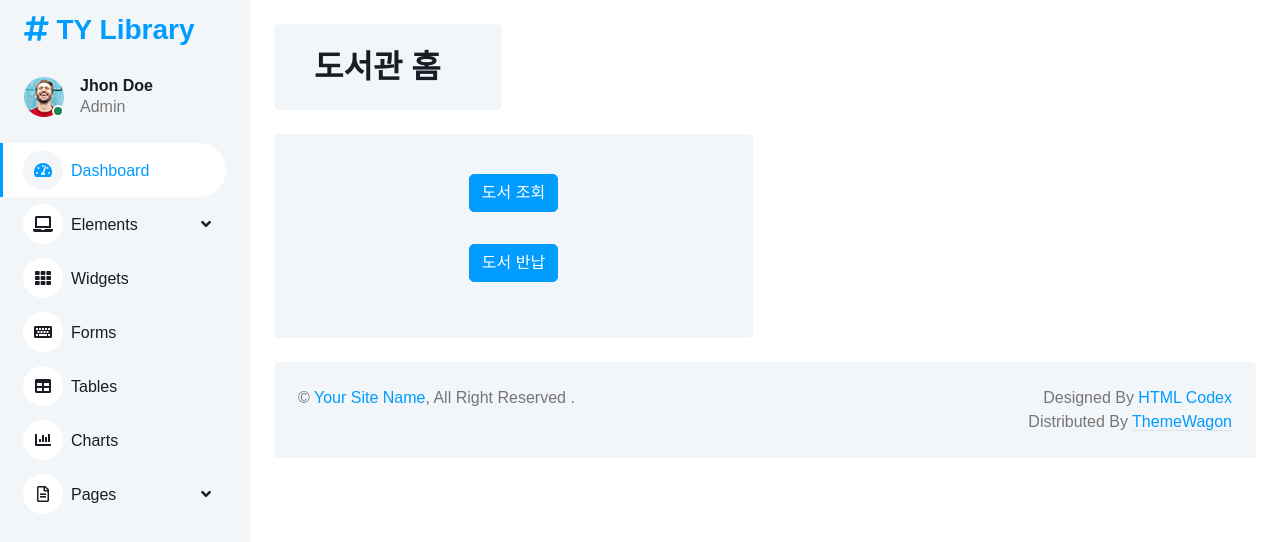
Repository: maryong2/myfirstgitproject
Page: http://localhost/library/WEB-INF/views/admin/librarian-home.jsp
These files come from the project's save history. The page is drawn as it stood at one moment and after the next save; the edit follows.
The browser window is 1280 px wide. The pictures show the whole page.
Some web fonts or font styles are not loaded; a fallback is used. Some web libraries are served in a nearby version. The page is served by Tomcat 9. Nobody is signed in. The template is opened directly, without the code that normally fills it, so the values that code supplies are empty.

Above is the page before, as saved 2023-11-27 02:04:50.
Console error: TypeError: Cannot read properties of undefined (reading 'getContext')

After the next save:
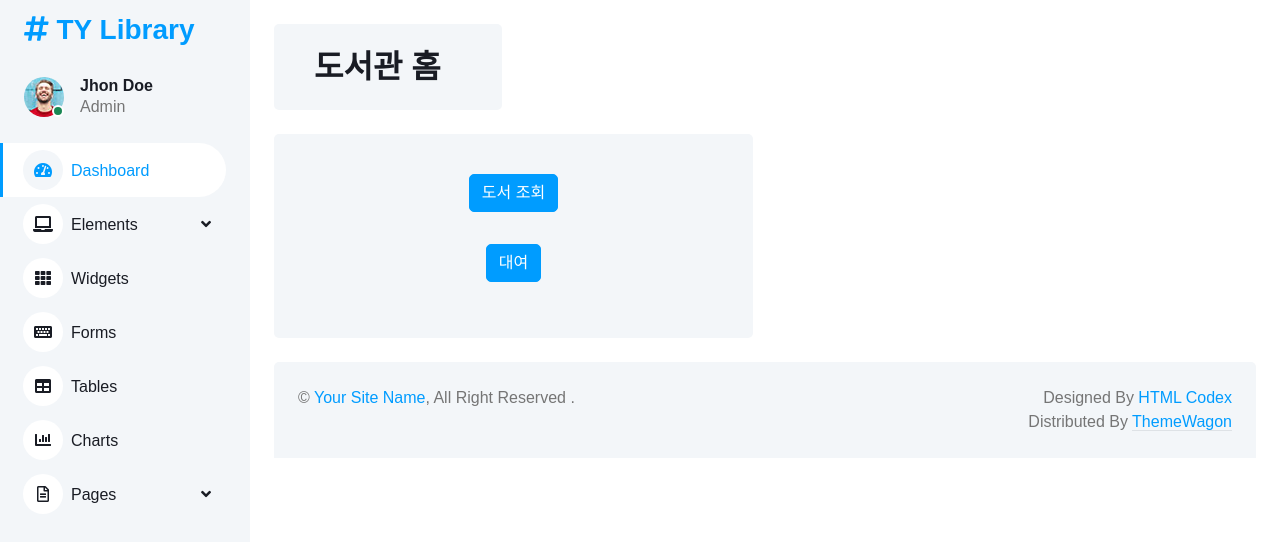
Saved 78 s later.
--- a/library/src/main/webapp/WEB-INF/views/admin/librarian-home.jsp
+++ b/library/src/main/webapp/WEB-INF/views/admin/librarian-home.jsp
@@ -167,7 +167,7 @@
 
 										<td>
 											<button type="button" class="btn btn-primary m-2"
-												onclick="goPost('return')">도서 반납</button>
+												onclick="goPost('rent')">대여</button>
 										</td>
 
 									</tr>
